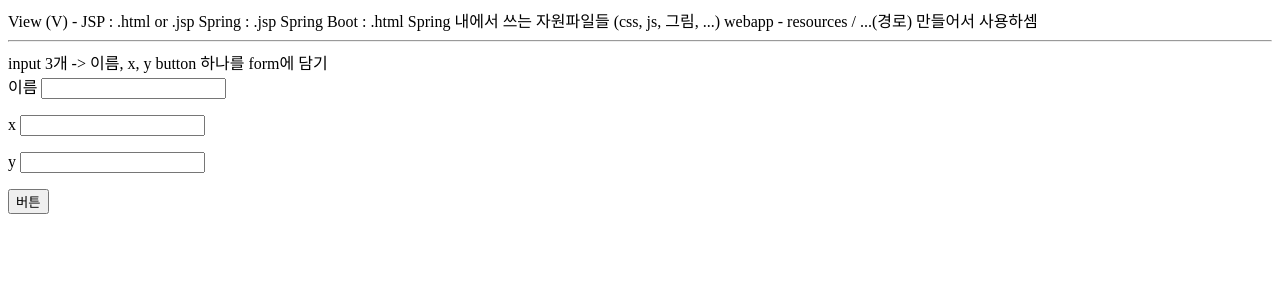
Repository: moondolph/SKKU_IT_Education
Page: http://localhost/Sep30_2_SpringMVC/WEB-INF/views/index.jsp
The author's editor kept a copy of each file at every save. The page is drawn from the files as they stood at one save, then again after the next save.
The browser window is 1280 px wide. The pictures show the whole page.
The page is served by Tomcat 9. Nobody is signed in. Other server files are loaded and not shown. The template is opened directly, without the code that normally fills it, so the values that code supplies are empty.

Above is the page before, as saved 2022-09-30 01:53:59.

### Sep30_2_SpringMVC/src/main/webapp/WEB-INF/views/index.jsp
<%@ page language="java" contentType="text/html; charset=UTF-8"
    pageEncoding="UTF-8"%>
<!DOCTYPE html>
<html>
<head>
<meta charset="UTF-8">
<title>Insert title here</title>
</head>
<body>
	View (V) -
		JSP : .html or .jsp
		Spring : .jsp
		Spring Boot : .html

		Spring 내에서 쓰는 자원파일들 (css, js, 그림, ...)
			webapp - resources / ...(경로) 만들어서 사용하셈
	<hr>
	input 3개 -> 이름, x, y
	button 하나를 form에 담기

	<form action="">
	이름 <input name="n"> <p>
	 x <input name="x"> <p>
	 y <input name="y"> <p>
	<button>버튼</button>
	</form>



</body>
</html>

### Sep30_2_SpringMVC/src/main/webapp/resources/css/index.css
@charset "UTF-8";

input{
	border:pink solid 3px;
}

After the next save:
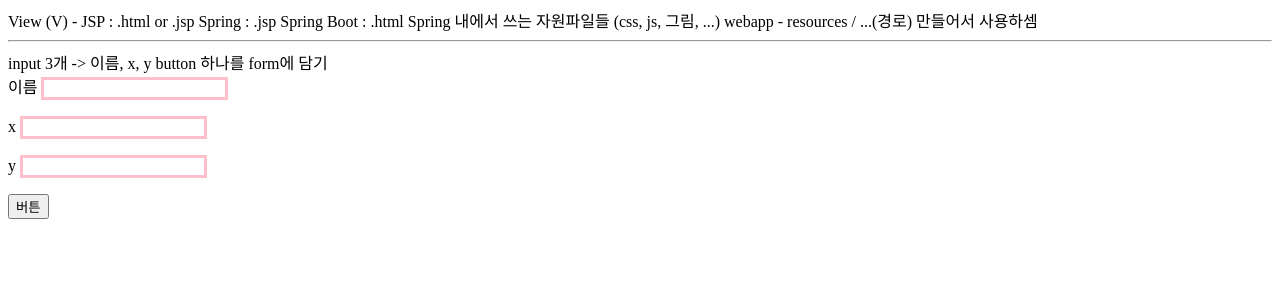
Saved 37 s later.
--- a/Sep30_2_SpringMVC/src/main/webapp/WEB-INF/views/index.jsp
+++ b/Sep30_2_SpringMVC/src/main/webapp/WEB-INF/views/index.jsp
@@ -5,6 +5,10 @@
 <head>
 <meta charset="UTF-8">
 <title>Insert title here</title>
+<link rel="stylesheet" href="resources/css/index.css"
+
+
+
 </head>
 <body>
 	View (V) -
